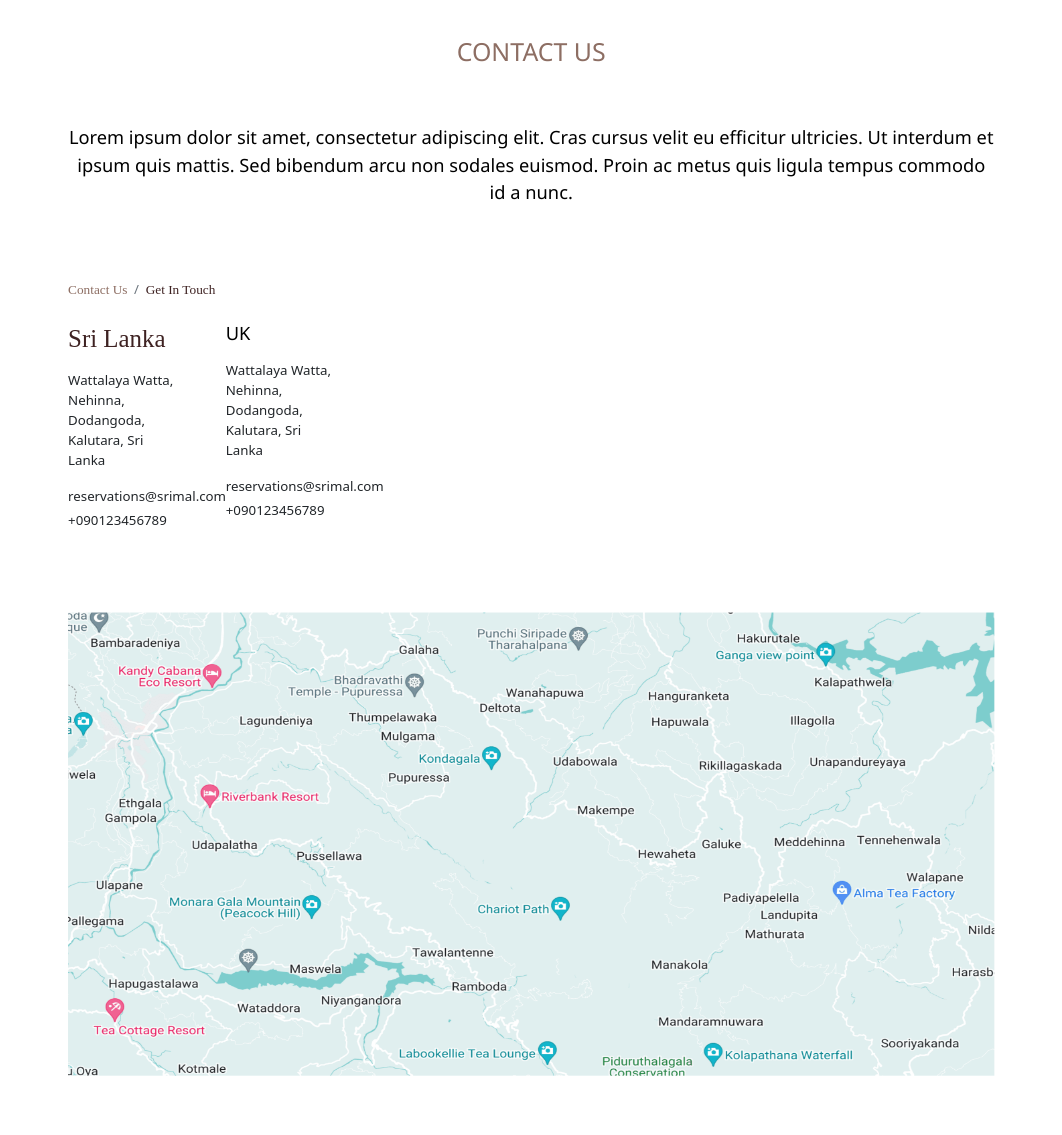
Repository: kaushalyaweerakoon/Plantation-Villa
Page: contact-us.html
An editor plug-in stored every save of this project. The page is shown before and after the next save, followed by the edit.
The browser window is 1280 px wide. The pictures show the whole page, at 83% of full size.
Some web fonts or font styles are not loaded; a fallback is used.

Above is the page before, as saved 2022-08-15 12:08:55.
Not found: assets/js/main.js

After the next save:
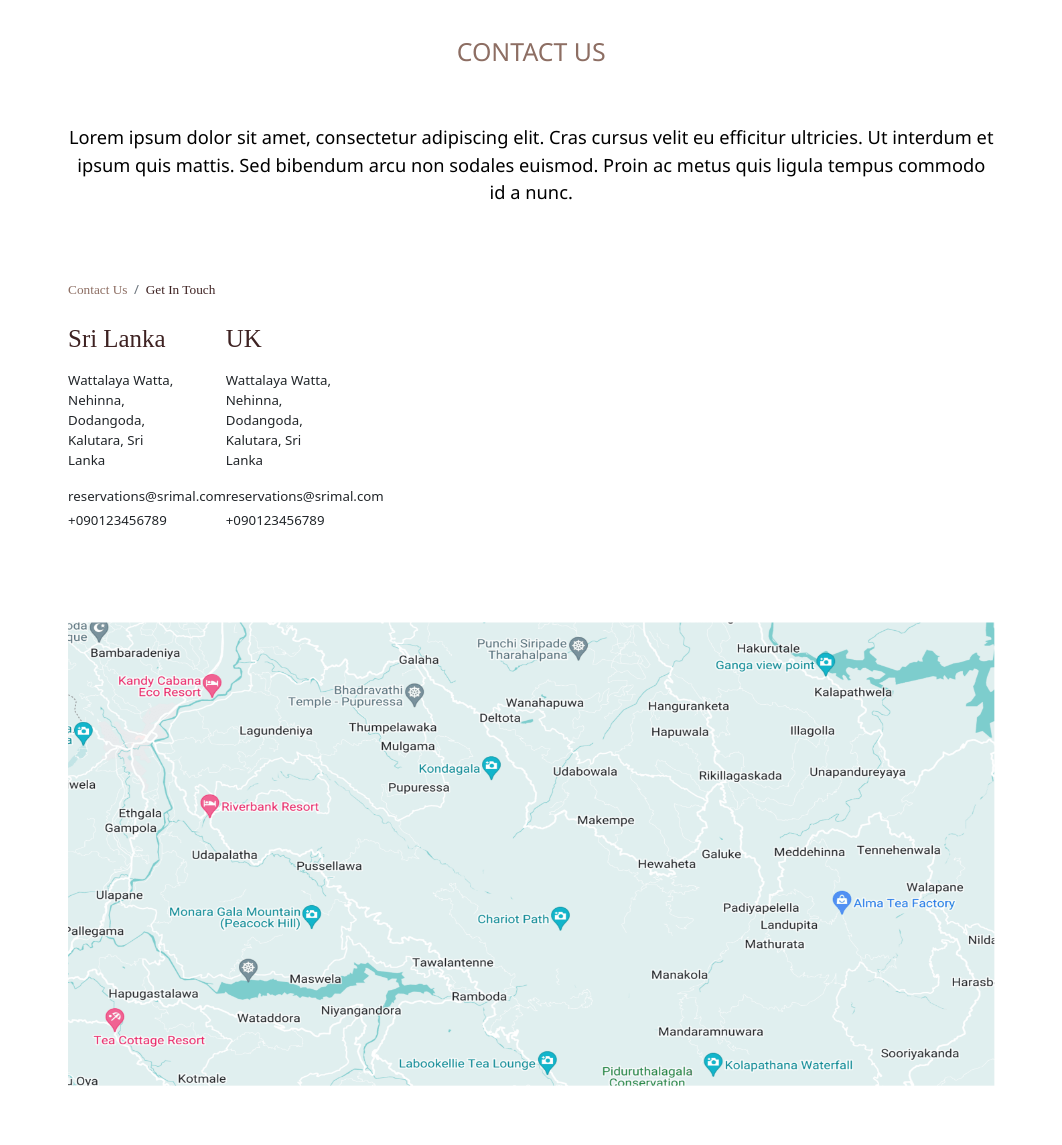
Saved 23 s later.
--- a/contact-us.html
+++ b/contact-us.html
@@ -75,7 +75,7 @@
 
         <div class="col-md-4 col-xl-2 pe-xl-5 order-1">
             <div class="country-textcol col-xl-12 pb-5">
-                <p class="country text">UK</p>
+                <p class="country-text">UK</p>
                 <p class="">Wattalaya Watta,
                     Nehinna, Dodangoda,
                     Kalutara, Sri Lanka</p>
